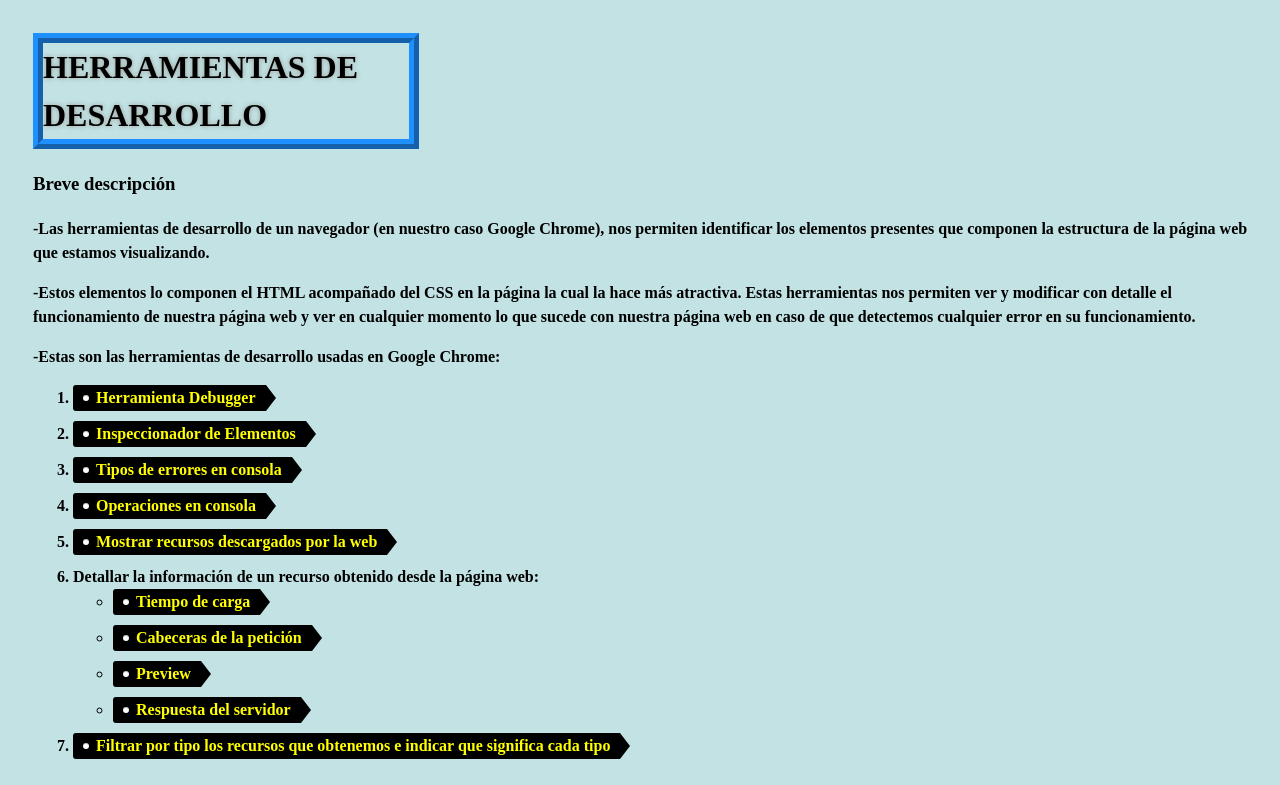
Repository: VictorinoBF97/HerramientasDesarollo
Page: indice.html
The author's editor kept a copy of each file at every save. The page is drawn from the files as they stood at one save, then again after a run of saves.
The browser window is 1280 px wide. The pictures show the whole page.

Above is the page before, as saved 2018-11-26 09:33:17.
Console error: SyntaxError: Unexpected token '{'

### indice.html
<!DOCTYPE <!DOCTYPE html>
<html>
<head>
    <meta charset="utf-8" />
    <meta http-equiv="X-UA-Compatible" content="IE=edge">
    <title>FUNCIONALIDADES HERRAMIENTAS DE DESARROLLO PARA GOOGLE CHROME</title>
    <meta name="viewport" content="width=device-width, initial-scale=1">
    <link rel="stylesheet" type="text/css" media="screen" href="./css/styles.css" />
    <script src="./javascript/fondo.js"></script>
</head>
<body>
    <div>
    <h1 class="titulo">HERRAMIENTAS DE DESARROLLO</h1>
    </div>
    <h3>Breve descripción</h3>
    <div class="contenido">
        <p>-Las herramientas de desarrollo de un navegador (en nuestro caso Google Chrome),
        nos permiten identificar los elementos presentes que componen la estructura de la
        página web que estamos visualizando.</p>
        <p>-Estos elementos lo componen el HTML acompañado
        del CSS en la página la cual la hace más atractiva. Estas herramientas nos permiten
        ver y modificar con detalle el funcionamiento de nuestra página web y ver en cualquier
        momento lo que sucede con nuestra página web en caso de que detectemos cualquier error
        en su funcionamiento.</p>
    </div>
    <div>
        -Estas son las herramientas de desarrollo usadas en Google Chrome:
    </div>

    <ol class="indice">
        <li><a href="./debugger.html" target="_self">Herramienta Debugger</a></li>

        <li><a href="./inspeccionarElemento.html" target="_self">Inspeccionador de Elementos</a></li>

        <li><a href="./tiposErrores.html" target="_self">Tipos de errores en consola</a></li>

        <li><a href="./operaciones.html" target="_self">Operaciones en consola</a></li>

        <li><a href="./mostrarRecursos.html" target="_self">Mostrar recursos descargados por la web</a></li>

        <li>Detallar la información de un recurso obtenido desde la página web:</a>
            <ul>
                <li><a href="timing.html" target="_self">Tiempo de carga</a></li>
                <li><a href="headers.html" target="_self">Cabeceras de la petición</a></li>
                <li><a href="preview.html" target="_self">Preview</a></li>
                <li><a href="response.html" target="_self">Respuesta del servidor</a></li>
            </ul>
        </li>

        <li><a href="./informacionRecursos.html" target="_self">Filtrar por tipo los recursos que obtenemos e indicar que significa cada tipo</a></li>
    </ol>


</body>
</html>

### css/styles.css
html{
    background-color: rgb(194, 226, 228);
}

.titulo{
    text-shadow: 0px 0px 5px rgb(152, 153, 147);
    border: 10px ridge #1E90FF;
    width: 29.5%;

}
body{
    font: 16px/1.5 'PT Sans', serif;
    font-weight: bold;
    overflow: hidden;
    padding-left: 25px;
    padding-top: 25px;
}

.indice{
    fon

}
a{
    background: rgb(0, 0, 0);
  border-radius: 3px 0 0 3px;
  color: yellow;
  display: inline-block;
  height: 26px;
  line-height: 26px;
  padding: 0 20px 0 23px;
  position: relative;
  margin: 0 10px 10px 0;
  text-decoration: none;
  -webkit-transition: color 0.2s;
}
a::before {
    background: #fff;
    border-radius: 10px;
    box-shadow: inset 0 1px rgba(0, 0, 0, 0.25);
    content: '';
    height: 6px;
    left: 10px;
    position: absolute;
    width: 6px;
    top: 10px;
  }

  a::after {
    background: rgb(194, 226, 228);
    border-bottom: 13px solid transparent;
    border-left: 10px solid black;
    border-top: 13px solid transparent;
    content: '';
    position: absolute;
    right: 0;
    top: 0;
  }

  a:hover {
    background-color: crimson;
    color: white;
  }

  a:hover::after {
     border-left-color: crimson;
  }

  /* VOLVER AL ÍNDICE */
  .volver::after{
    background:rgb(194, 226, 228);
    border-bottom: 13px solid transparent;
    border-left: 10px solid black;
    border-top: 13px solid transparent;
    content: '';
    position: absolute;
    right: 0;
    top: 0;

  }

  .volver:hover {
    background-color: crimson;
    color: white;
  }

  .volver:hover::after {
     border-right-color: crimson;
  }

### javascript/fondo.js
body {
    background: radial-gradient(black 15%, transparent 16%) 0 0, radial-gradient(black 15%, transparent 16%) 8px 8px, radial-gradient(rgba(255,255,255,.1) 15%, transparent 20%) 0 1px, radial-gradient(rgba(255,255,255,.1) 15%, transparent 20%) 8px 9px;
    background-color:#282828;
    background-size:16px 16px;

    // Background not created by me
    // Resource: http://lea.verou.me/css3patterns/#carbon-fibre
  }

After the next 2 saves:
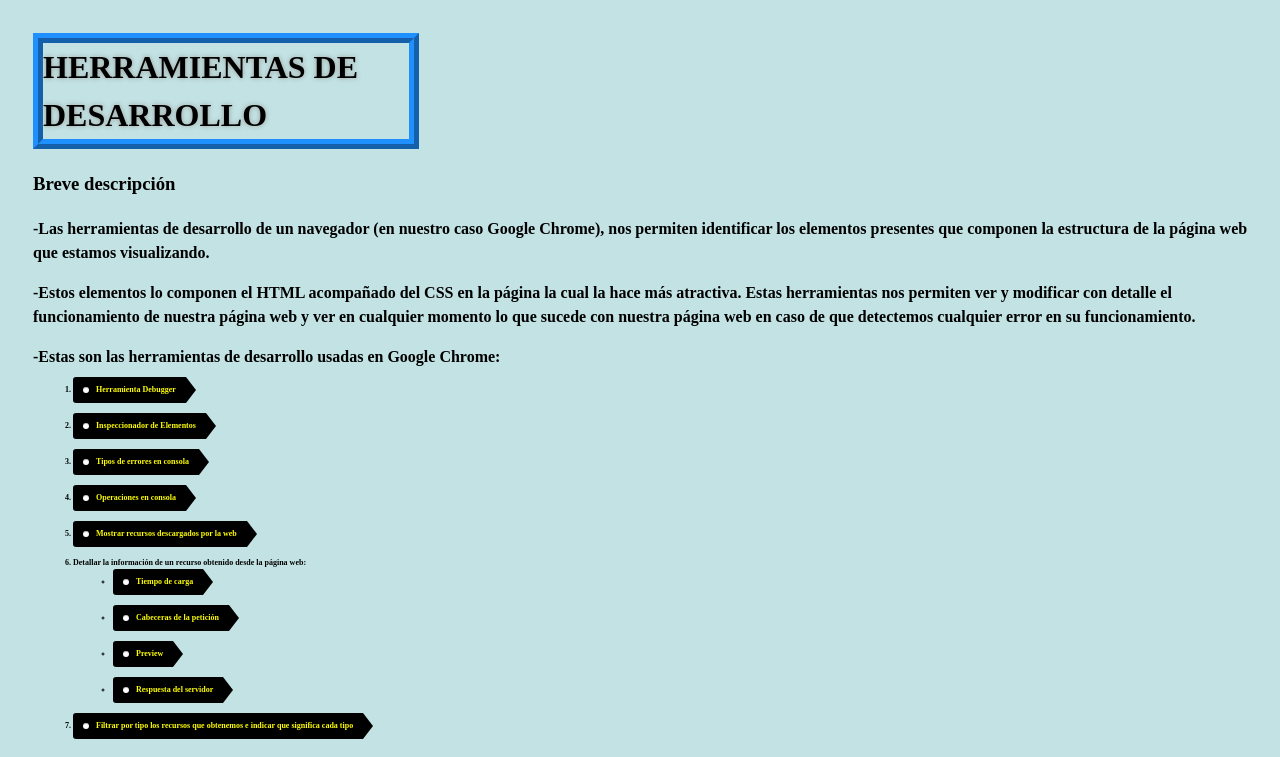
The 2 saves are shown as one change because they came seconds apart.
The last was saved 7 s later.
--- a/css/styles.css
+++ b/css/styles.css
@@ -17,7 +17,7 @@ body{
 }
 
 .indice{
-    fon
+    font-size: 50%;
 
 }
 a{
